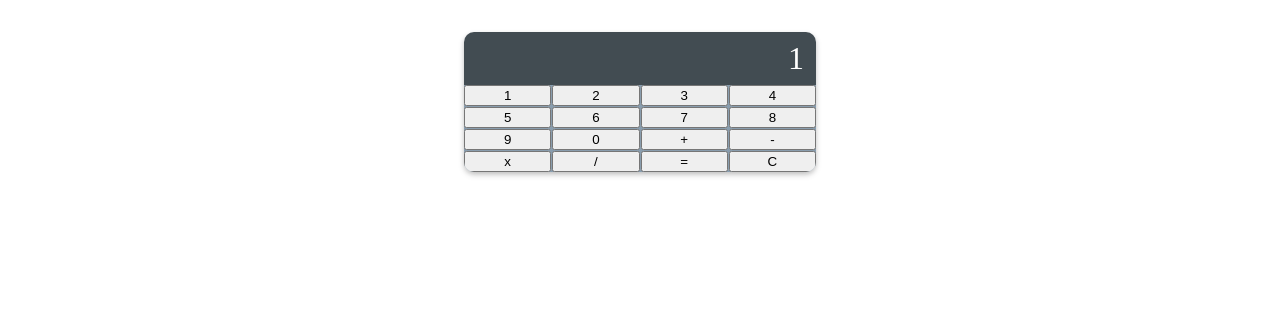
Repository: TEazy2433/LAB-calculator
Page: index.html
An editor plug-in stored every save of this project. The page is shown before and after the next save, followed by the edit.
The browser window is 1280 px wide. The pictures show the whole page.

Above is the page before, as saved 2023-10-13 17:23:18.

### index.html
<!DOCTYPE html>
<html lang="en">
<head>
  <meta charset="UTF-8">
  <meta name="viewport" content="width=device-width, initial-scale=1.0">
  <title>calculator</title>
  <link rel="stylesheet" href="main.css">
</head>
<body>

  <div class="container">
    <div class="display">1</div>
    <div class="buttons">
      <button class="key">1</button>
      <button class="key">2</button>
      <button class="key">3</button>
      <button class="key">4</button>
      <button class="key">5</button>
      <button class="key">6</button>
      <button class="key">7</button>
      <button class="key">8</button>
      <button class="key">9</button>
      <button class="key">0</button>
      <button class="operator">+</button>
      <button class="operator">-</button>
      <button class="operator">x</button>
      <button class="operator">/</button>
      <button class="equals">=</button>
      <button class="clear">C</button>



    </div>
  </div>


</body>
</html>

### main.css
.container{
  border-radius: 10px;
  box-shadow: 0px 3px 6px 0px rgba(0, 0, 0, 0.15), 0px 2px 4px 0px rgba(0, 0, 0, 0.12);
  margin-inline-start: auto;
  margin-inline-end: auto;
  margin-block-start: 2em;
  max-inline-size: 22rem;
  overflow: hidden;
}
.display{
  background: hsl(202, 11%, 29%);
  color: hsl(255, 100%, 100%);
  font-size: 2rem;
  padding-block-start: 0.5rem;
  padding-block-end: 0.5rem;
  padding-inline-end: 0.75rem;
  text-align: end;
}
.buttons{
  display: grid;
  grid-template-columns: repeat(4, 1fr);
  grid-gap: 1px;
  background: hsl(207, 19%, 61%);
}
.operator{

}
.equals{

}

After the next save:
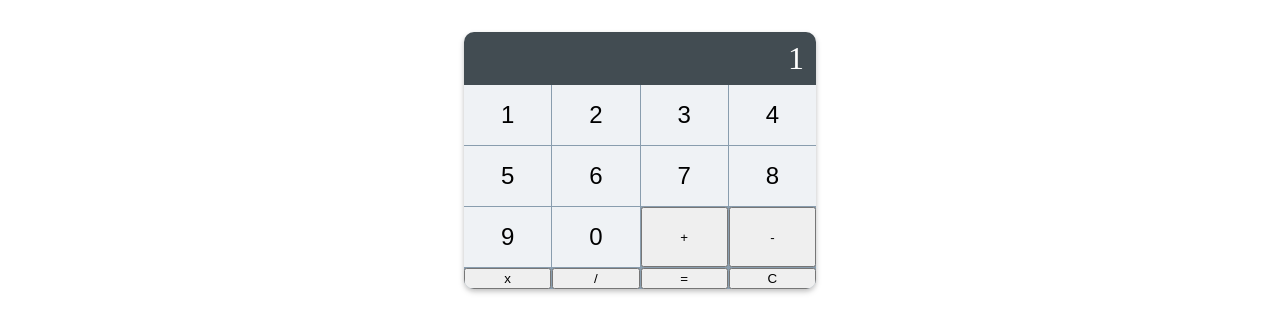
Saved 51 s later.
--- a/main.css
+++ b/main.css
@@ -22,6 +22,15 @@
   grid-gap: 1px;
   background: hsl(207, 19%, 61%);
 }
+.key{
+  background: hsl(210, 25%, 95%);
+  border: none;
+  padding-block-start: 1rem;
+  padding-block-end: 1rem;
+  padding-inline-end: 1.25rem;
+  padding-inline-start: 1.25rem;
+  font-size: 1.5rem;
+}
 .operator{
 
 }
